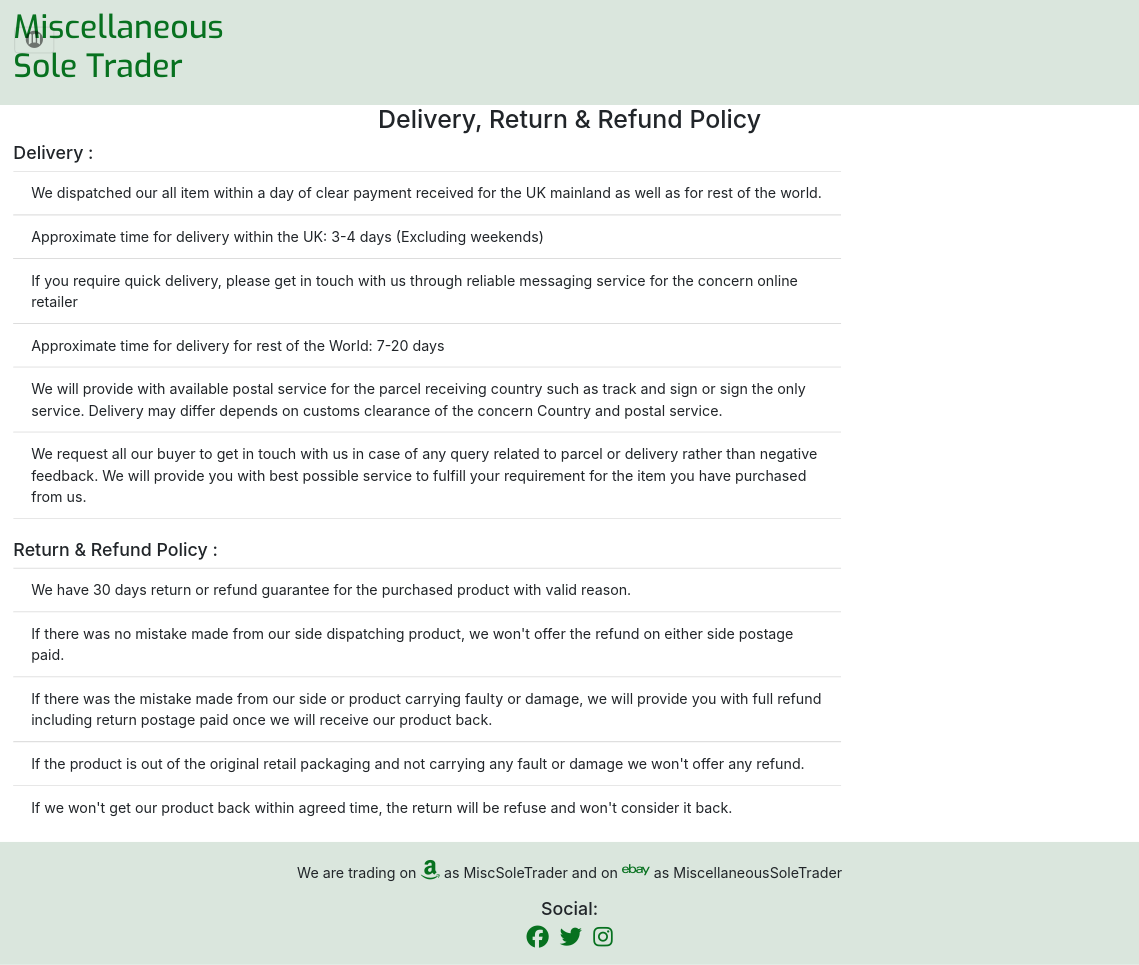
Repository: Code-Institute-Submissions/MilestoneProjectMST
Page: delretref.html
The author's editor kept a record of every edit. The page is drawn from the files as they stood at one moment, then again after the next edit.
The browser window is 1280 px wide. The pictures show the whole page, at 89% of full size.
Some web libraries are served in a nearby version.

Above is the page before.
Console error: TypeError: Cannot read properties of undefined (reading 'fn')

### delretref.html
<!DOCTYPE html>
<html lang="en">

<head>
    <meta charset="UTF-8">
    <meta name="viewport" content="width=device-width, initial-scale=1.0">
    <meta http-equiv="X-UA-Compatible" content="ie=edge">
    <link rel="stylesheet" href="support/style.css" type="text/css" />
    <link rel="stylesheet" href="https://stackpath.bootstrapcdn.com/bootstrap/4.3.1/css/bootstrap.min.css" integrity="sha384-ggOyR0iXCbMQv3Xipma34MD+dH/1fQ784/j6cY/iJTQUOhcWr7x9JvoRxT2MZw1T" crossorigin="anonymous">
    <script src="https://stackpath.bootstrapcdn.com/bootstrap/4.3.1/js/bootstrap.min.js" integrity="sha384-JjSmVgyd0p3pXB1rRibZUAYoIIy6OrQ6VrjIEaFf/nJGzIxFDsf4x0xIM+B07jRM" crossorigin="anonymous"></script>
    <script src="https://kit.fontawesome.com/011e87d520.js"></script>
    <link rel="stylesheet" href="https://cdnjs.cloudflare.com/ajax/libs/hover.css/2.3.1/css/hover-min.css" type="text/css" />
    <title>MiscSoleTrader</title>
</head>

<body>
    <header class="header-background navalert-container">
        <div class="row no-gutters">
            <a href="index.html" class="col">
                <h1 class="hdr-title-color">Miscellaneous<br> Sole Trader</h1>
            </a>
            <div>
                <nav class="navbar navbar-light nav-background fixed-top">
                    <button class="navbar-toggler" type="button" data-toggle="collapse" data-target="#navbarSupportedContent" aria-controls="navbarSupportedContent" aria-expanded="false" aria-label="Toggle navigation">
                        <i class="fab fa-mizuni"></i>
                    </button>
                    <div class="collapse navbar-collapse" id="navbarSupportedContent">
                        <ul class="nav navbar-nav">
                            <li class="nav-item active mr-2">
                                <a class="nav-link" href="index.html">Products<span class="sr-only">(current)</span></a>
                            </li>
                            <li class="nav-item mr-2">
                                <a class="nav-link" href="about.html">About Us</a>
                            </li>
                            <li class="nav-item mr-2">
                                <a class="nav-link" href="contact.html">Contact Us</a>
                            </li>
                            <li class="nav-item mr-2">
                                <a class="nav-link" href="delretref.html" title="Return & Refund">R & R</a>
                            </li>
                        </ul>
                        <!--<form class="form-inline d-none d-lg-block my-2 my-lg-0">-->
                        <!--    <input class="form-control mr-sm-2" type="search" placeholder="Search" aria-label="Search">-->
                        <!--    <button class="btn btn-outline-success my-2 my-sm-0" type="submit">Search</button>-->
                        <!--</form>-->
                    </div>
                </nav>
            </div>
        </div>
    </header>

    <section class="main-background container-fluid" id="container">
        <div class="row" id="main">
            <div class="col delretref-heading text-center">
                <h3 class="uppercase">Delivery, Return & Refund Policy</h3>
            </div>
        </div>
        <div class="row no-gutter" id="main">
            <!--<div class="col-xl-3">-->

            <!--</div>-->
            <div class="col-xl-9 delretref-text">
                <h5 class="delretref-caption">Delivery : </h5>
                <ol class="list-group list-group-flush">
                    <li class="list-group-item">We dispatched our all item within a day of clear payment received for the UK mainland as well as for rest of the world.</li>
                    <li class="list-group-item">Approximate time for delivery within the UK: 3-4 days (Excluding weekends)</li>
                    <li class="list-group-item">If you require quick delivery, please get in touch with us through reliable messaging service for the concern online retailer</li>
                    <li class="list-group-item">Approximate time for delivery for rest of the World: 7-20 days</li>
                    <li class="list-group-item">We will provide with available postal service for the parcel receiving country such as track and sign or sign the only service. Delivery may differ depends on customs clearance of the concern Country and postal service.</li>
                    <li class="list-group-item">We request all our buyer to get in touch with us in case of any query related to parcel or delivery rather than negative feedback. We will provide you with best possible service to fulfill your requirement for the item you have purchased
                        from us.</li>
                <!--</ol>-->
                <br>
                <h5 class="delretref-caption">Return & Refund Policy : </h5>
                <!--<ol>-->
                <li class="list-group-item">We have 30 days return or refund guarantee for the purchased product with valid reason.</li>
                <li class="list-group-item">If there was no mistake made from our side dispatching product, we won't offer the refund on either side postage paid.</li>
                <li class="list-group-item">If there was the mistake made from our side or product carrying faulty or damage, we will provide you with full refund including return postage paid once we will receive our product back.</li>
                <li class="list-group-item">If the product is out of the original retail packaging and not carrying any fault or damage we won't offer any refund.</li>
                <li class="list-group-item">If we won't get our product back within agreed time, the return will be refuse and won't consider it back.</li>
                </ol>
            </div>

            <!--<div class="col-xl-3">-->

            <!--</div>-->

        </div>

    </section>
    <footer class="fixed-footer container-fluid footer-container">
        <div id="footer-details" class="row footer-text">
            <div class="col-sm col-md col-lg">
                <p class="inline-block">
                    We are trading on <i class="fab fa-amazon"></i> as MiscSoleTrader and on <i class="fab fa-ebay"></i> as MiscellaneousSoleTrader
                </p>
                <!--</div>-->

                <!--<div class="col-sm-6 col-md-6">-->
                <h5 class="uppercase general-sub">Social: </h5>
                <ul class="list-inline social-links">
                    <li class="list-inline-item">
                        <a target="_blank" href="#" title="Miscellaneous Sole Trader">
                            <i class="fab fa-facebook" aria-hidden="true"></i>
                            <span class="sr-only">Facebook</span>
                        </a>
                    </li>
                    <li class="list-inline-item">
                        <a target="_blank" href="#">
                            <i class="fab fa-twitter" aria-hidden="true"></i>
                            <span class="sr-only">Twitter</span>
                        </a>
                    </li>
                    <li class="list-inline-item">
                        <a target="_blank" href="#" title="misc_sole_trade">
                            <i class="fab fa-instagram" aria-hidden="true"></i>
                            <span class="sr-only">Instagram</span>
                        </a>
                    </li>
                </ul>
            </div>
        </div>
    </footer>
    <script src="https://code.jquery.com/jquery-3.3.1.slim.min.js " integrity="sha384-q8i/X+965DzO0rT7abK41JStQIAqVgRVzpbzo5smXKp4YfRvH+8abtTE1Pi6jizo " crossorigin="anonymous "></script>
    <script src="https://cdnjs.cloudflare.com/ajax/libs/popper.js/1.14.7/umd/popper.min.js " integrity="sha384-UO2eT0CpHqdSJQ6hJty5KVphtPhzWj9WO1clHTMGa3JDZwrnQq4sF86dIHNDz0W1 " crossorigin="anonymous "></script>
    <script src="https://stackpath.bootstrapcdn.com/bootstrap/4.3.1/js/bootstrap.min.js " integrity="sha384-JjSmVgyd0p3pXB1rRibZUAYoIIy6OrQ6VrjIEaFf/nJGzIxFDsf4x0xIM+B07jRM " crossorigin="anonymous "></script>
</body>

</html>

### support/style.css
@import url('https://fonts.googleapis.com/css?family=Roboto:100,200,300,400,500,600,700|Exo:100,200,300,400,500,600,700|Abel:100,200,300,400,500,600,700');

/*--------------------------------------------------------------------------Header--*/

/*--------------------------------------------------Title--*/

header {
    margin: 0;
}

.hdr-title-color {
    font-family: "Exo",sans-serif;
    font-size: 36px;
    color: #07711f;
    /*background-color: #dae6dd;*/
    text-align: left;
    width: 100%;
    min-height: 90px;
    padding-left: 5px;
    text-decoration: none;
    /*padding-top: 5px;*/
}

.nav-background {
    min-height: 90px;
}

.header-background {
    background-color: #dae6dd;
    padding: 10px;
}

.navbar {
    align-items: right;
}

/*--------------------------------------------------------------------------Footer--*/

.footer-text {
    text-align: center;
    background-color: #dae6dd;
    margin-top: 15px;
    padding-top: 20px;
}

.footer-text i {
    color: #07711f;
    font-size: 25px;
    /*margin-top: 15px;*/
    /*padding-top: 20px;*/
}

/*--------------------------------------------------------------------Media Query--*/

@media (min-width: 920px)
.navbar-expand-md .navbar-nav {
    display: flex;
    flex-direction: column ;
}

After the next edit:
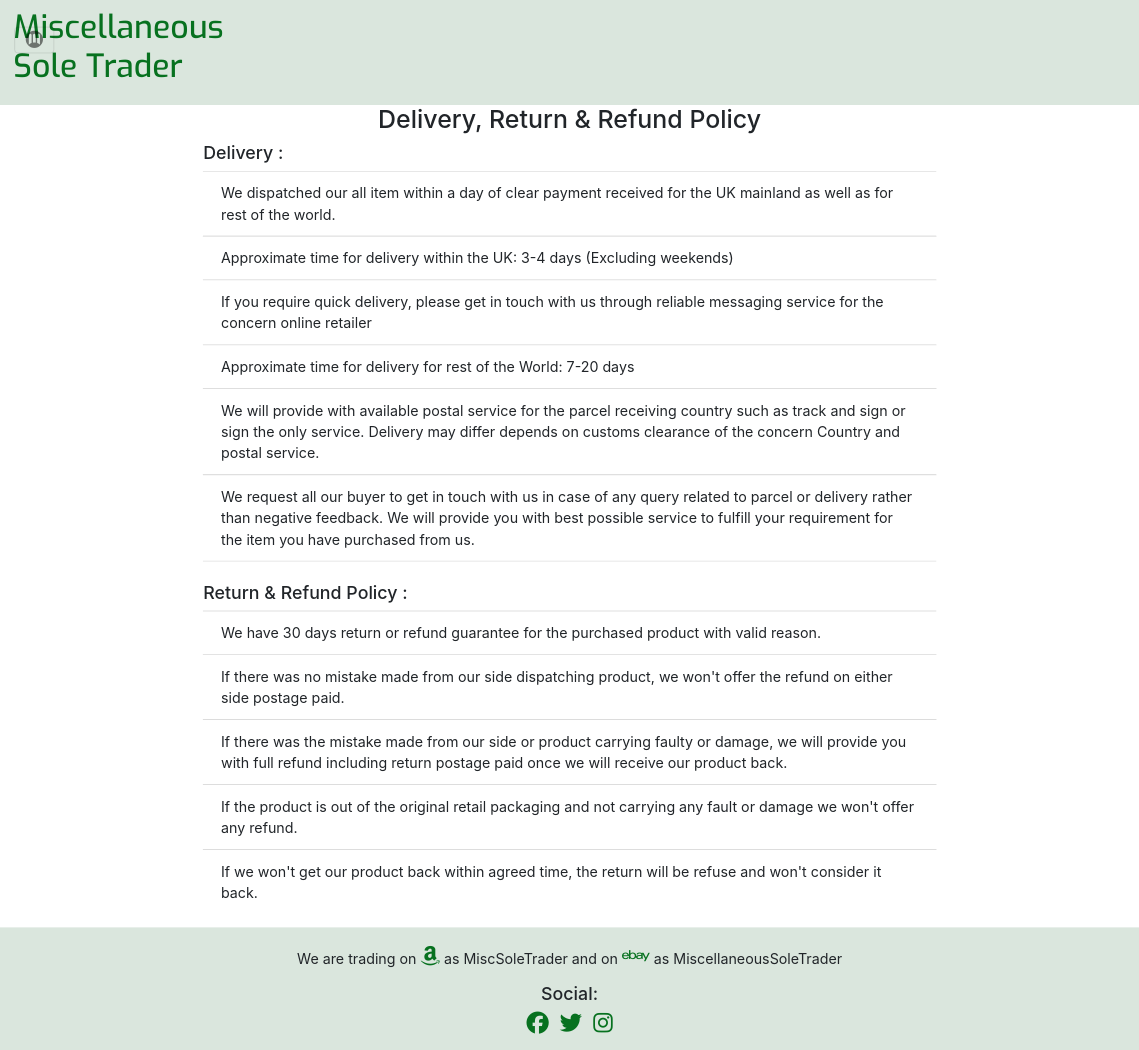
The edit:
--- a/delretref.html
+++ b/delretref.html
@@ -56,10 +56,10 @@
             </div>
         </div>
         <div class="row no-gutter" id="main">
-            <!--<div class="col-xl-3">-->
+            <div class="col-xl-2">
 
-            <!--</div>-->
-            <div class="col-xl-9 delretref-text">
+            </div>
+            <div class="col-xl-8 delretref-text">
                 <h5 class="delretref-caption">Delivery : </h5>
                 <ol class="list-group list-group-flush">
                     <li class="list-group-item">We dispatched our all item within a day of clear payment received for the UK mainland as well as for rest of the world.</li>
